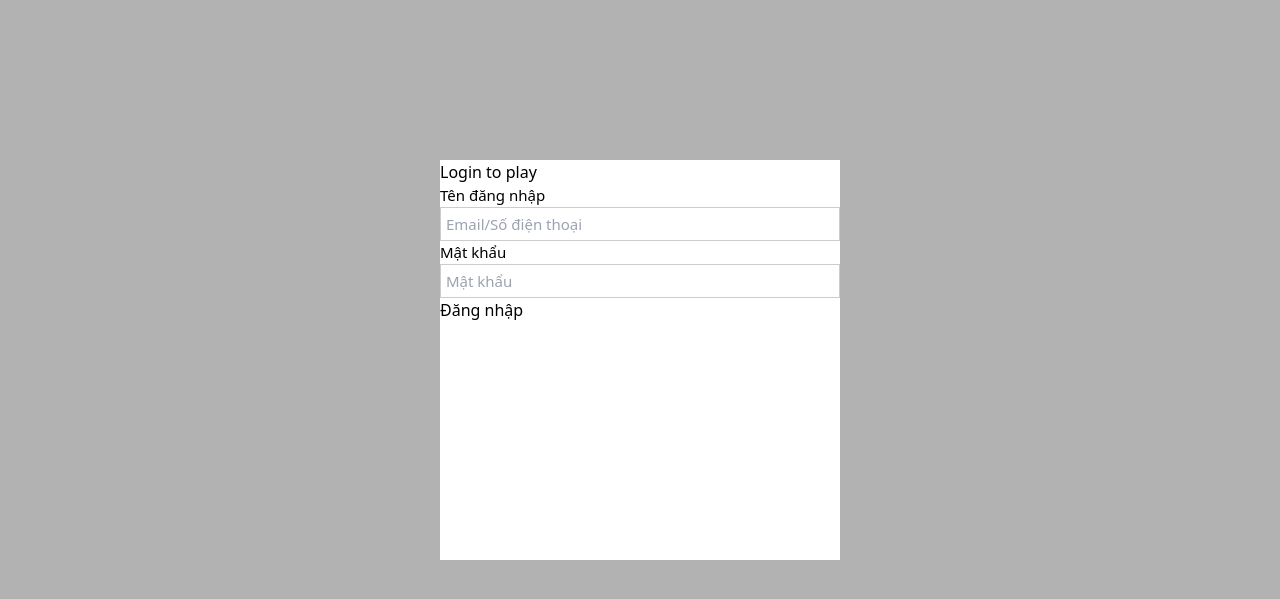
Repository: Teddy1705/demo_pj
Page: /
These files come from the project's save history. The page is drawn as it stood at one moment and after the next save; the edit follows.
The browser window is 1280 px wide. The pictures show the whole page.
The project was rebuilt for these pictures with package versions that can differ from the ones it lists, and the page was loaded fresh each time. Also part of the build but not shown: vite.config.js.

Above is the page before, as saved 2024-04-16 09:48:32.

After the next save:
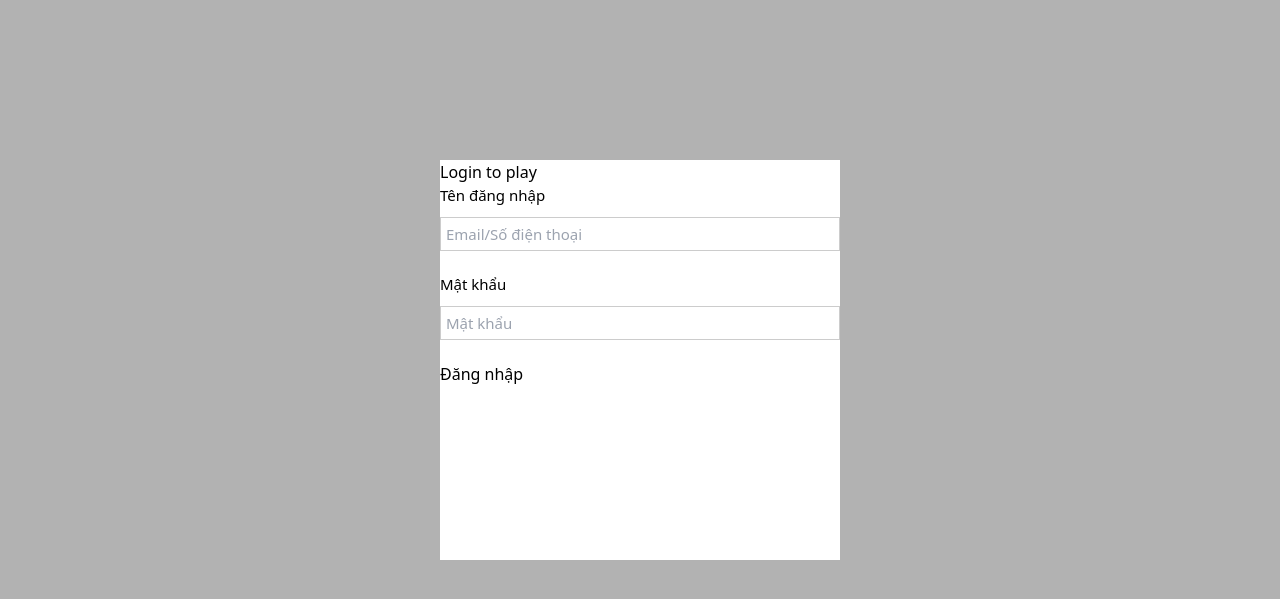
Saved 16 s later.
--- a/src/index.css
+++ b/src/index.css
@@ -614,6 +614,7 @@ video {
   width: 100%;
   font-size: 15px;
   padding: 5px;
+  margin: 10px 0 22px;
 }
 
 .auth-form__btn {
